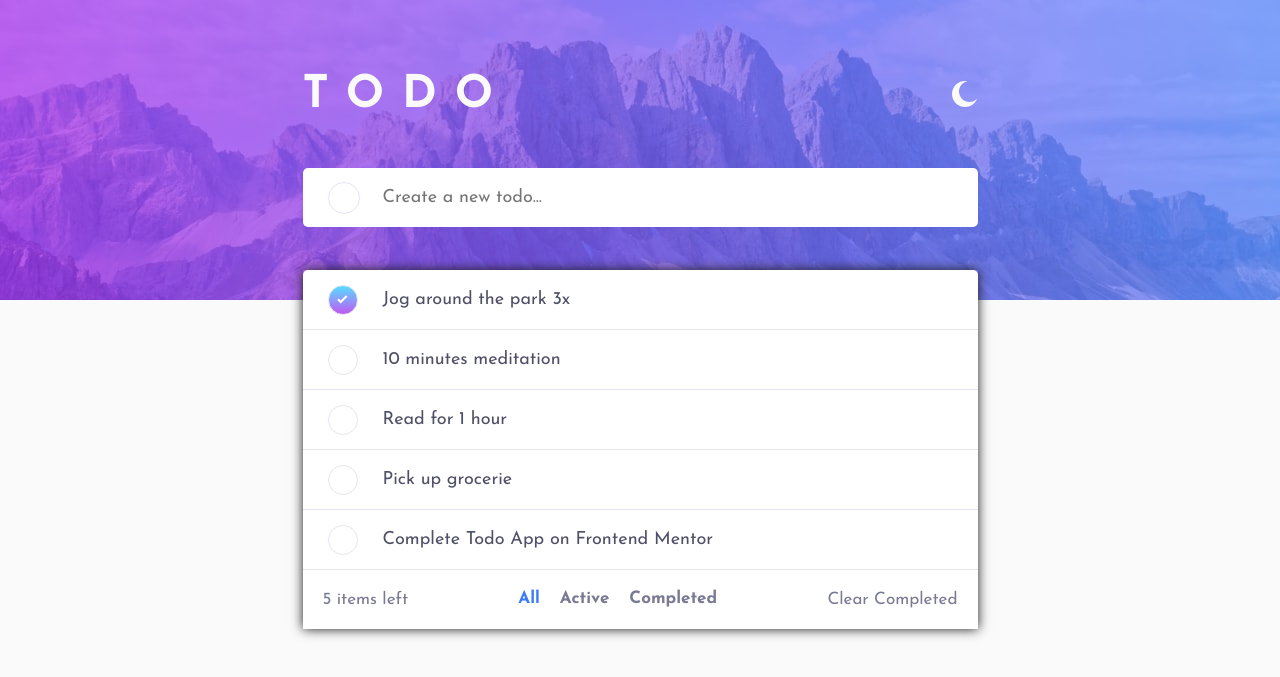
Repository: tomas938/todo-app
Page: /
These files come from the project's save history. The page is drawn as it stood at one moment and after the next save; the edit follows.
The browser window is 1280 px wide. The pictures show the whole page.
The project was rebuilt for these pictures with package versions that can differ from the ones it lists, and the page was loaded fresh each time.

Above is the page before, as saved 2021-08-19 21:24:21.

### src/main.js
import { createApp } from "vue";
import App from "./App.vue";
import router from "./router";

createApp(App)
	.use(router)
	.mount("#app");

### src/App.vue
<template>
	<router-view />
</template>

<style lang="scss">
@import "/src/scss/_variables";
:root {
	.dark {
		--bg-image: url(./assets/bg-desktop-dark.jpg);
		--items-bg-color: hsl(235, 24%, 19%);
		--body-bg: hsl(235, 21%, 11%);
		--todo-text: hsl(236, 33%, 92%);
		--todo-border: hsl(237, 14%, 26%);
	}
	.light {
		--bg-image: url(./assets/bg-desktop-light.jpg);
		--items-bg-color: hsl(0, 0%, 100%);
		--body-bg: hsl(0, 0%, 98%);
		--todo-text: hsl(233, 14%, 35%);
		--todo-border: hsl(236, 33%, 92%);
	}
}

* {
	margin: 0;
	padding: 0;
	box-sizing: border-box;
}
html {
	font-size: 62.5%;
}
body {
	font-size: 1.8rem;
	font-family: $font-primary;
	background-color: var(--body-bg);
}

li {
	list-style: none;
}
</style>

### src/router/index.js
import { createRouter, createWebHashHistory } from "vue-router";
import Home from "../views/Home.vue";

const routes = [
	{
		path: "/",
		name: "Home",
		component: Home,
	},
];

const router = createRouter({
	history: createWebHashHistory(),
	routes,
});

export default router;

### src/scss/_variables.scss
// LINK COLLORS-PRIMARY //

$primary: hsl(220, 98%, 61%);
$primary-bg: linear-gradient(rgb(87, 221, 255), hsl(280, 87%, 65%));

// LINK LIGHT THEME //

$light-gray: hsl(0, 0%, 98%);
$very-light-grayish-blue: hsl(236, 33%, 92%);
$light-grayish-blue: hsl(233, 11%, 84%);
$dark-grayish-blue: hsl(236, 9%, 61%);
$very-dark-grayish-blue: hsl(235, 19%, 35%);

// LINK DARK THEME //

$very-dark-blue: hsl(235, 21%, 11%);
$dark-desaturated-blue: hsl(235, 24%, 19%);
$light-grayish-blue--dark: hsl(234, 39%, 85%);
$light-grayish-blue--dark-hover: hsl(236, 33%, 92%);
$dark-grayish-blue--dark: hsl(234, 11%, 52%);
$very-dark-grayish-blue--dark: hsl(233, 14%, 35%);
$very-dark-grayish-blue--dark-2: hsl(237, 14%, 26%);

// LINK FONT //

@import url("https://fonts.googleapis.com/css2?family=Josefin+Sans:wght@400;700&display=swap");
$font-primary: "Josefin Sans", sans-serif;
$light: 400;
$bold: 700;

### src/views/Home.vue
<template>
	<Todos />
</template>

<script>
import Todos from "../components/Todos.vue";
export default {
	components: {
		Todos,
	},
};
</script>
<style lang="scss"></style>

### src/components/Todos.vue
<template>
	<Header @create-todo="newTodo($event)" />
	<main>
		<div class="wrapper">
			<transition-group name="list" class="todos" tag="ul" appear>
				<li
					v-for="(todo, index) in filteredTodos"
					:key="todo.name"
					class="todo-item"
				>
					<div
						class="todo "
						:class="{ complete: todo.completed }"
						@click="todo.completed = !todo.completed"
					></div>
					<span>{{ todo.name }}</span>
					<svg
						@click="removeTodo(index)"
						class="close"
						xmlns="http://www.w3.org/2000/svg"
						width="18"
						height="18"
					>
						<path
							fill="#494C6B"
							fill-rule="evenodd"
							d="M16.97 0l.708.707L9.546 8.84l8.132 8.132-.707.707-8.132-8.132-8.132 8.132L0 16.97l8.132-8.132L0 .707.707 0 8.84 8.132 16.971 0z"
						/>
					</svg>
				</li>
			</transition-group>
			<div class="filters">
				<div class="items-left">
					<span>{{ filteredTodos.length }} items left</span>
				</div>
				<div class="filter">
					<span :class="{ active: filter === 'all' }" @click="filter = 'all'"
						>All</span
					>
					<span
						:class="{ active: filter === 'active' }"
						@click="filter = 'active'"
						>Active</span
					>
					<span
						:class="{ active: filter === 'completed' }"
						@click="filter = 'completed'"
						>Completed</span
					>
				</div>
				<div class="clear">
					<span @click="clearTodos">Clear Completed</span>
				</div>
			</div>
		</div>
	</main>
</template>

<script>
import Header from "../components/Header";
export default {
	components: {
		Header,
	},
	data() {
		return {
			LOCAL_STORAGE_KEY: "todoApp",
			todos: JSON.parse(localStorage.getItem(this.LOCAL_STORAGE_KEY)) || [
				{
					name: "Jog around the park 3x",
					completed: true,
				},
				{
					name: "10 minutes meditation",
					completed: false,
				},
				{
					name: "Read for 1 hour",
					completed: false,
				},
				{
					name: "Pick up grocerie",
					completed: false,
				},
				{
					name: "Complete Todo App on Frontend Mentor",
					completed: false,
				},
			],
			filter: "all",
		};
	},
	mounted() {
		if (localStorage.getItem(this.LOCAL_STORAGE_KEY))
			this.todos = JSON.parse(localStorage.getItem(this.LOCAL_STORAGE_KEY));
	},
	watch: {
		todos: {
			deep: true,
			handler(newValue) {
				localStorage.setItem(this.LOCAL_STORAGE_KEY, JSON.stringify(newValue));
			},
		},
	},
	methods: {
		newTodo(newTodo) {
			if (newTodo !== "") {
				this.todos.unshift({ name: newTodo, completed: false });
			}
		},
		removeTodo(index) {
			this.todos.splice(index, 1);
		},
		clearTodos() {
			this.todos = this.todos.filter((todo) => !todo.completed);
		},
	},
	computed: {
		filteredTodos() {
			if (this.filter === "all") {
				return this.todos;
			} else if (this.filter === "active") {
				return this.todos.filter((todo) => !todo.completed);
			} else if (this.filter === "completed") {
				return this.todos.filter((todo) => todo.completed);
			}
			return this.todos;
		},
	},
};
</script>

<style lang="scss" scoped>
@import "/src/scss/_variables";

main {
	transform: translateY(-3rem);
	display: flex;
	flex-direction: column;
	max-width: 73.5rem;
	margin: 0 auto;
	padding: 0 3rem;
}
.wrapper {
	box-shadow: 0px 0px 11px 0px #1a1919;
}
.todos {
	position: relative;
	border-radius: 0.5rem;
	background-color: var(--items-bg-color);
}
.todo-item {
	position: relative;
	display: flex;
	justify-content: space-between;
	align-items: center;
	width: 100%;
	padding: 2rem;
	padding-left: 8rem;
	font-family: $font-primary;
	font-weight: $light;
	color: var(--todo-text);
	border-bottom: 1px solid var(--todo-border);
	.todo {
		cursor: pointer;
		content: "";
		position: absolute;
		display: flex;
		align-items: center;
		justify-content: center;
		top: 50%;
		transform: translateY(-50%);
		left: 2.5rem;
		width: 3rem;
		height: 3rem;
		border-radius: 50%;
		border: 1px solid var(--todo-border);
	}
	.complete {
		background-image: url("../assets/icon-check.svg"), $primary-bg;
		background-repeat: no-repeat;
		background-position: center;
	}
	.close {
		cursor: pointer;
		opacity: 0;
	}
	&:hover {
		.close {
			transition: opacity 0.5s ease-in-out;
			opacity: 1;
		}
	}
}
.filters {
	display: flex;
	justify-content: space-between;
	background-color: var(--items-bg-color);
	padding: 2rem;
	.filter {
		font-weight: $bold;
		display: flex;
		gap: 2rem;
		.active {
			color: $primary;
			transition: color 0.3s ease-in-out;
		}
	}
	.items-left {
		span {
			cursor: auto;
		}
	}
	span {
		color: $dark-grayish-blue--dark;
		cursor: pointer;
		font-size: 1.7rem;
	}
}
// TRANSITIONS //
.list-enter-active {
	transition: all 0.7s ease;
}
.list-enter-from {
	opacity: 0;
	transform: scale(0.6);
}
.list-enter-to {
	opacity: 1;
	transform: scale(1);
}
.list-leave-active {
	transition: all 0.7s ease;
	position: absolute;
}
.list-leave-from {
	opacity: 1;
	transform: scale(1);
}
.list-leave-to {
	opacity: 0;
	transform: scale(0.6);
}
.list-move {
	transition: all 0.8s ease;
}
</style>

### src/components/Header.vue
<template>
	<header>
		<nav class="nav container">
			<div class="nav__title">
				<h1>todo</h1>
			</div>
			<svg
				v-if="ligth"
				@click="changeTheme"
				class="nav__theme"
				xmlns="http://www.w3.org/2000/svg"
				width="26"
				height="26"
			>
				<path
					fill="#fafafa"
					fill-rule="evenodd"
					d="M13 0c.81 0 1.603.074 2.373.216C10.593 1.199 7 5.43 7 10.5 7 16.299 11.701 21 17.5 21c2.996 0 5.7-1.255 7.613-3.268C23.22 22.572 18.51 26 13 26 5.82 26 0 20.18 0 13S5.82 0 13 0z"
				/>
			</svg>
			<svg
				v-else
				@click="changeTheme"
				xmlns="http://www.w3.org/2000/svg"
				width="26"
				height="26"
			>
				<path
					fill="#fafafa"
					fill-rule="evenodd"
					d="M13 21a1 1 0 011 1v3a1 1 0 11-2 0v-3a1 1 0 011-1zm-5.657-2.343a1 1 0 010 1.414l-2.121 2.121a1 1 0 01-1.414-1.414l2.12-2.121a1 1 0 011.415 0zm12.728 0l2.121 2.121a1 1 0 01-1.414 1.414l-2.121-2.12a1 1 0 011.414-1.415zM13 8a5 5 0 110 10 5 5 0 010-10zm12 4a1 1 0 110 2h-3a1 1 0 110-2h3zM4 12a1 1 0 110 2H1a1 1 0 110-2h3zm18.192-8.192a1 1 0 010 1.414l-2.12 2.121a1 1 0 01-1.415-1.414l2.121-2.121a1 1 0 011.414 0zm-16.97 0l2.121 2.12A1 1 0 015.93 7.344L3.808 5.222a1 1 0 011.414-1.414zM13 0a1 1 0 011 1v3a1 1 0 11-2 0V1a1 1 0 011-1z"
				/>
			</svg>
		</nav>
		<div class="new-todo">
			<input
				type="text"
				placeholder="Create a new todo..."
				v-model="newTodo"
				@keypress.enter="$emit('create-todo', newTodo)"
			/>
		</div>
	</header>
</template>

<script>
export default {
	data() {
		return {
			newTodo: "",
			ligth: true,
			body: document.body,
		};
	},
	methods: {
		changeTheme() {
			this.ligth = !this.ligth;
			if (!this.ligth) {
				this.body.classList.remove("light");
				this.body.classList.add("dark");
			} else {
				this.body.classList.remove("dark");
				this.body.classList.add("light");
			}
		},
	},
	mounted() {
		this.body.classList.add("light");
	},
};
</script>

<style lang="scss" scoped>
@import "/src/scss/_variables";

header {
	height: 30rem;
	display: flex;
	flex-direction: column;
	align-items: center;
	justify-content: center;
	gap: 5rem;
	padding: 3rem;
	background-image: var(--bg-image);
	background-repeat: no-repeat;
	background-size: cover;
}
.nav {
	max-width: 67.5rem;
	width: 100%;
	display: flex;
	justify-content: space-between;
	align-items: baseline;
	&__title h1 {
		font-size: 4.5rem;
		letter-spacing: 1.8rem;
		text-transform: uppercase;
	}

	svg {
		cursor: pointer;
	}
}
.new-todo {
	max-width: 67.5rem;
	width: 100%;
	position: relative;
	&::before {
		content: "";
		position: absolute;
		top: 50%;
		transform: translateY(-50%);
		left: 2.5rem;
		width: 3rem;
		height: 3rem;
		border-radius: 50%;
		border: 1px solid var(--todo-border);
	}
}
input {
	background-color: var(--items-bg-color);
	color: var(--todo-text);
	width: 100%;
	outline: none;
	border: none;
	padding: 2rem;
	padding-left: 8rem;
	border-radius: 0.5rem;
	font-size: 1.8rem;
	font-family: $font-primary;
	font-weight: $light;
}
h1 {
	color: $light-gray;
}
</style>

Loaded but not shown: public/index.html (common file)

After the next save:
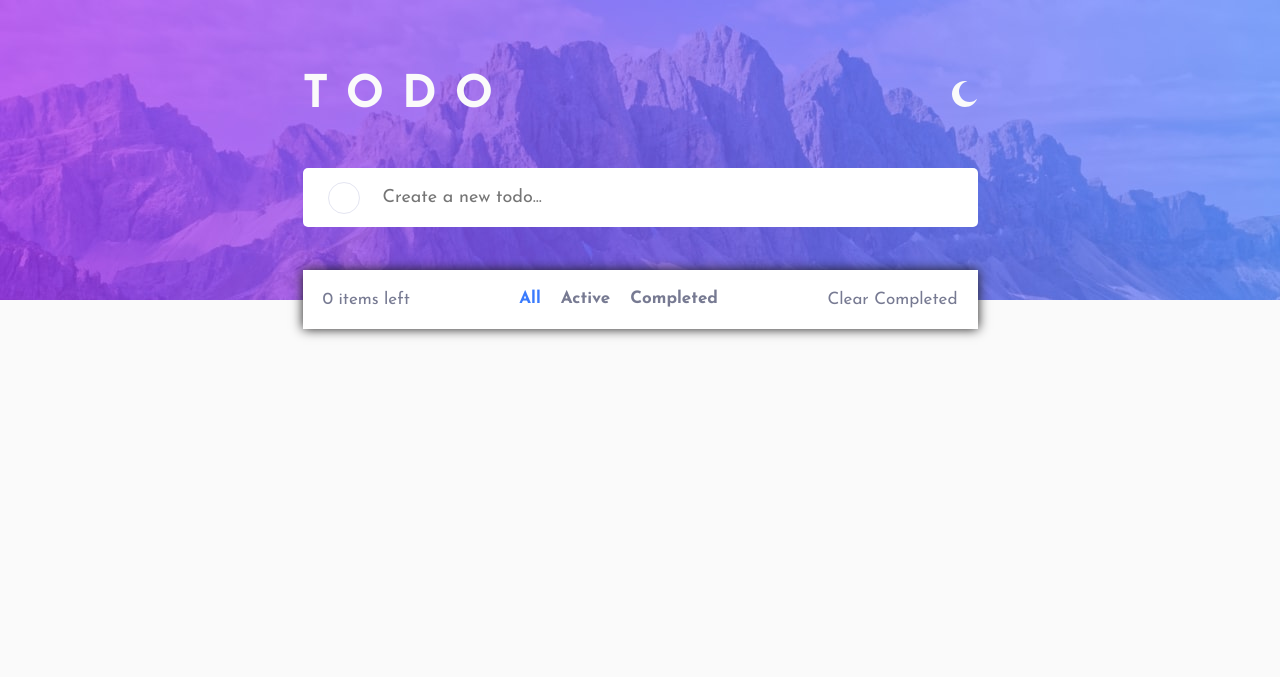
Saved 16 s later.
--- a/src/components/Todos.vue
+++ b/src/components/Todos.vue
@@ -65,28 +65,7 @@ export default {
 	data() {
 		return {
 			LOCAL_STORAGE_KEY: "todoApp",
-			todos: JSON.parse(localStorage.getItem(this.LOCAL_STORAGE_KEY)) || [
-				{
-					name: "Jog around the park 3x",
-					completed: true,
-				},
-				{
-					name: "10 minutes meditation",
-					completed: false,
-				},
-				{
-					name: "Read for 1 hour",
-					completed: false,
-				},
-				{
-					name: "Pick up grocerie",
-					completed: false,
-				},
-				{
-					name: "Complete Todo App on Frontend Mentor",
-					completed: false,
-				},
-			],
+			todos: JSON.parse(localStorage.getItem(this.LOCAL_STORAGE_KEY)) || [],
 			filter: "all",
 		};
 	},
